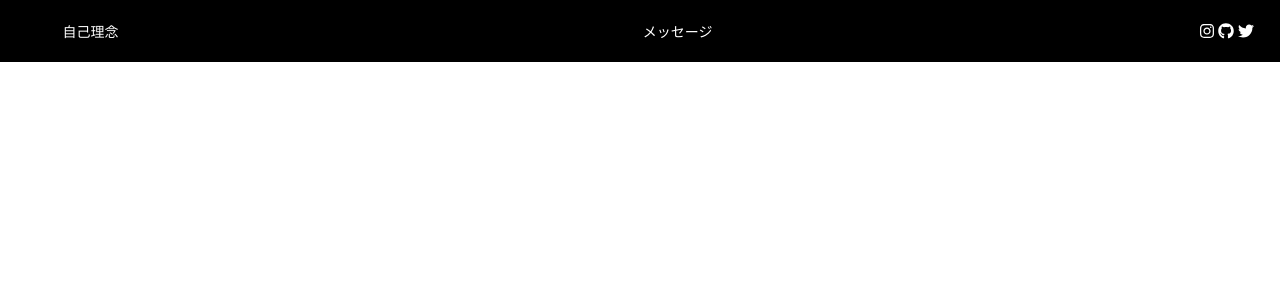
Repository: Rujuu-prog/react-mysite
Page: /philosophy
These files come from the project's save history. The page is drawn as it stood at one moment and after the next save; the edit follows.
The browser window is 1280 px wide. The pictures show the whole page.
The project was rebuilt for these pictures with package versions that can differ from the ones it lists, and the page was loaded fresh each time. A package was used in the major version that the imports need, not the one package.json lists.

Above is the page before, as saved 2021-05-12 21:38:26.

### src/App.tsx
import React from 'react';
import { BrowserRouter, Link, Switch, Route } from "react-router-dom";
// import { Router } from "./router/Router";
import './App.css';
import { PrimaryButton } from './components/atoms/button/PrimaryButton';
import { Github } from './components/atoms/icon/Github';
import { Instagram } from './components/atoms/icon/Instagram';
import { Twitter } from './components/atoms/icon/Twitter';
import { IconList } from './components/molecules/IconList';
import { HeaderOnly } from './components/templates/HeaderOnly';



export default function App() {
  return (
    // <BrowserRouter>
      <div className="App" >
        <HeaderOnly/>
      </div>
    // </BrowserRouter>
  );
}

### src/components/templates/HeaderOnly.tsx
import React from "react";
import { Link } from "react-router-dom";
import styled from "styled-components";

import { Header } from "../atoms/layout/Header";
import { SecondaryButton } from "../atoms/button/SecondaryButton"
import { IconList } from "../molecules/IconList";

type Props = {
    children?: React.ReactNode;
};

export const HeaderOnly: React.FC<Props> = ({children}) => {
    return (
    <>
        <Header>
            <SecondaryButton>自己理念</SecondaryButton>
            <SecondaryButton>メッセージ</SecondaryButton>
            <IconList/>
        </Header>
        {children}
    </>
    );
};


// const SLink = styled(Link)`
//     margin: 0 8px;
// `;

### src/components/atoms/layout/Header.tsx
import React from "react";
import styled from "styled-components";

import { PrimaryButton } from '../button/PrimaryButton'

type Props = {
    children?: React.ReactNode;
}

export const Header: React.FC<Props> = ({children}) => {
    return (<SHeader>{children}</SHeader>);
};

const SHeader = styled.header`
    display: flex;
    justify-content: space-between;
    align-items: center;
    // width: 100%;
    height: 20%;
    background-color: black;
    color: #fff;
    text-align: center;
    padding: 16px 24px;
`;

### src/components/atoms/button/SecondaryButton.tsx
import styled from "styled-components";

export const SecondaryButton = (props:any) => {
    const { children } = props;
    return <SButton>{children}</SButton>;
};

const SButton = styled.a`
    color: #fff;
    width: 10%;
    font-size: 14px;
    padding: 5px;
`;

### src/components/molecules/IconList.tsx
import React from "react";
import styled from "styled-components";
import { Github } from "../atoms/icon/Github";
import { Instagram } from "../atoms/icon/Instagram";
import { Twitter } from "../atoms/icon/Twitter";

export const IconList:React.FC = () => {
    return(
        <SIconContainer>
            <Instagram/>
            <Github/>
            <Twitter/>
        </SIconContainer>
    );
};

const SIconContainer = styled.div`
    display: flex;
    align-items: center;
`;

### src/components/atoms/icon/Github.tsx
import { faGithub } from "@fortawesome/free-brands-svg-icons";
import { FontAwesomeIcon } from "@fortawesome/react-fontawesome"

const IconStyle = {
    padding:"2",
    fontsize:"50"
}

export const Github:React.FC = () => {
    return(<FontAwesomeIcon style={IconStyle} icon={faGithub}></FontAwesomeIcon>);
}

### src/components/atoms/icon/Instagram.tsx
import { faInstagram } from "@fortawesome/free-brands-svg-icons";
import { FontAwesomeIcon } from "@fortawesome/react-fontawesome"

const IconStyle = {
    padding:"2",
    fontsize:"50"
}

export const Instagram:React.FC = () => {
    return(<FontAwesomeIcon style={IconStyle} icon={faInstagram}></FontAwesomeIcon>);
}

### src/components/atoms/icon/Twitter.tsx
import { faInstagram, faTwitter } from "@fortawesome/free-brands-svg-icons";
import { FontAwesomeIcon } from "@fortawesome/react-fontawesome"

const IconStyle = {
    padding:"2",
    fontsize:"50"
}

export const Twitter:React.FC = () => {
    return(<FontAwesomeIcon style={IconStyle} icon={faTwitter}></FontAwesomeIcon>);
}

### src/components/atoms/icon/SiteIcon.tsx
import { faCircleNotch } from "@fortawesome/free-solid-svg-icons";
import { FontAwesomeIcon } from "@fortawesome/react-fontawesome"

const IconStyle = {
    padding:"2",
    fontsize:"50"
}

export const SiteIcon:React.FC = () => {
    return(<FontAwesomeIcon style={IconStyle} icon={faCircleNotch}></FontAwesomeIcon>);
}

Loaded but not shown: public/index.html (common file); src/index.tsx (common file); src/index.css (common file); src/reportWebVitals.ts (common file); src/App.css (common file)

After the next save:
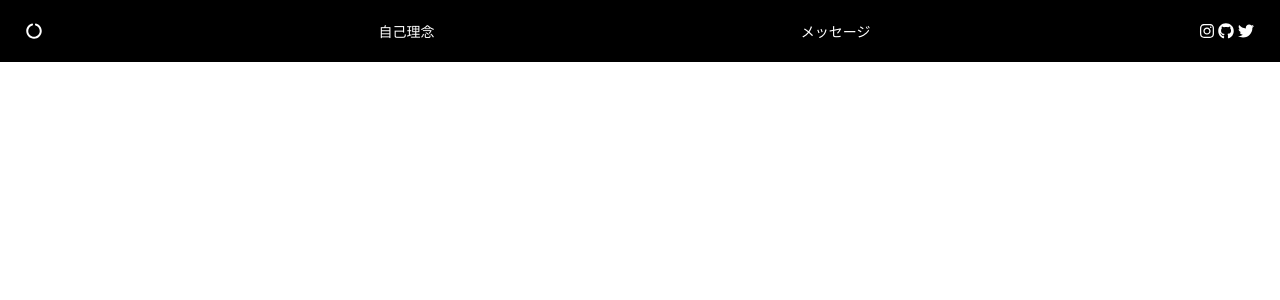
Saved 91 s later.
--- a/src/components/templates/HeaderOnly.tsx
+++ b/src/components/templates/HeaderOnly.tsx
@@ -5,6 +5,7 @@ import styled from "styled-components";
 import { Header } from "../atoms/layout/Header";
 import { SecondaryButton } from "../atoms/button/SecondaryButton"
 import { IconList } from "../molecules/IconList";
+import { SiteIcon } from "../atoms/icon/SiteIcon";
 
 type Props = {
     children?: React.ReactNode;
@@ -14,6 +15,7 @@ export const HeaderOnly: React.FC<Props> = ({children}) => {
     return (
     <>
         <Header>
+            <SiteIcon/>
             <SecondaryButton>自己理念</SecondaryButton>
             <SecondaryButton>メッセージ</SecondaryButton>
             <IconList/>
